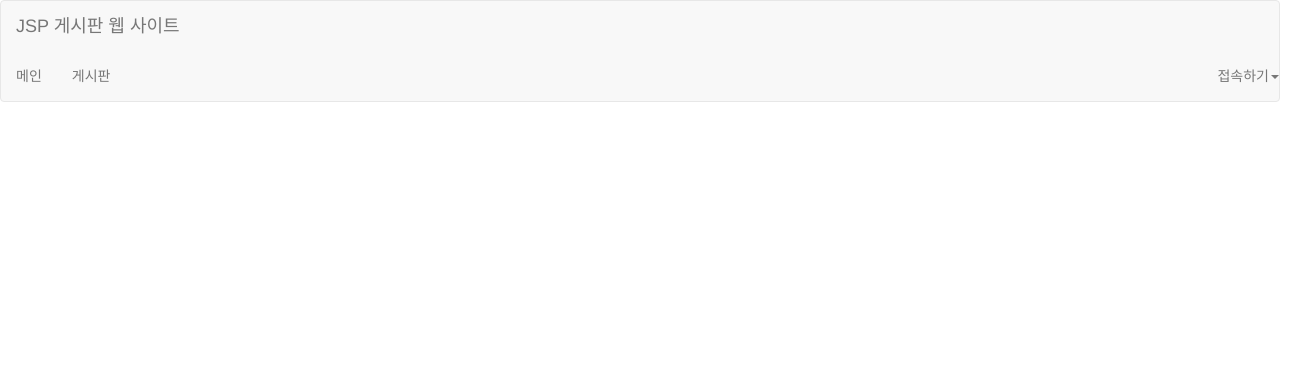
Repository: jeeyune/JSP-Bulletin-Board
Page: http://localhost/BBS/join.jsp
The author's editor kept a copy of each file at every save. The page is drawn from the files as they stood at one save, then again after the next save.
The browser window is 1280 px wide. The page is 1294 px wide, so the pictures cover 1294 px, including what lies to the right of the window. The pictures show the whole page.
The page is served by Tomcat 9.

Above is the page before, as saved 2020-01-10 07:33:37.

After the next save:
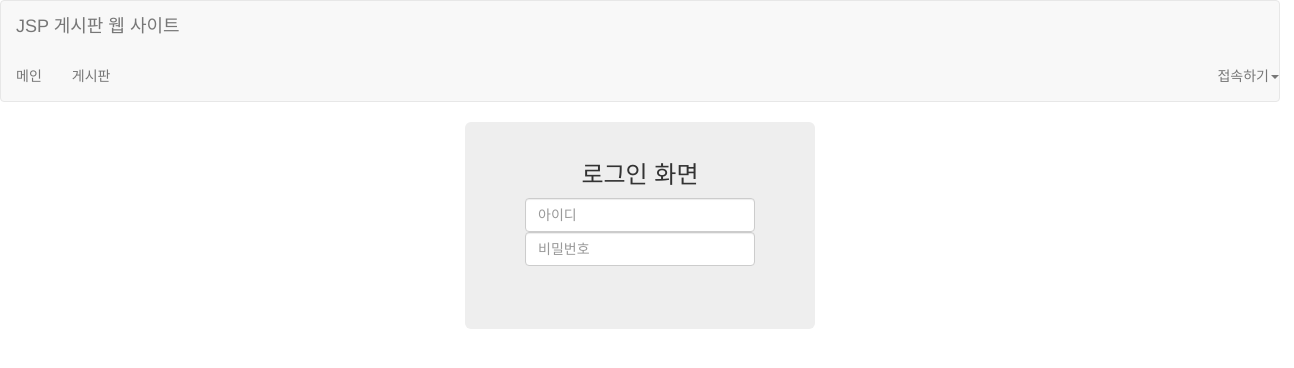
Saved 13 min 11 s later.
--- a/projects/BBS/WebContent/join.jsp
+++ b/projects/BBS/WebContent/join.jsp
@@ -36,6 +36,21 @@
 						<li><a href="join.jsp">회원가입</a></li>
 			</ul>
 	</nav>
+	<div class="container">
+		<div class="col-lg-4"></div>
+		<div class="col-lg-4">
+			<div class="jumbotron" style="padding-top: 20px;">
+				<form method="post" action="loginAction.jsp">
+					<h3 style="text-align: center;">로그인 화면</h3>
+					<div class="form-group">
+						<input type="text" class="form-control" placeholder="아이디" name="userID" maxlength="20">
+						<input type="password" class="form-control" placeholder="비밀번호" name="userPassword" maxlength="20">
+					</div>
+
+				</form>
+		</div>
+		<div class="col-lg-4"></div>
+	</div>
 	<script src="https://code.jquery.com/jquery-3.4.1.min.js"></script>
 	<script src="js/bootstrap.js"></script>
 
